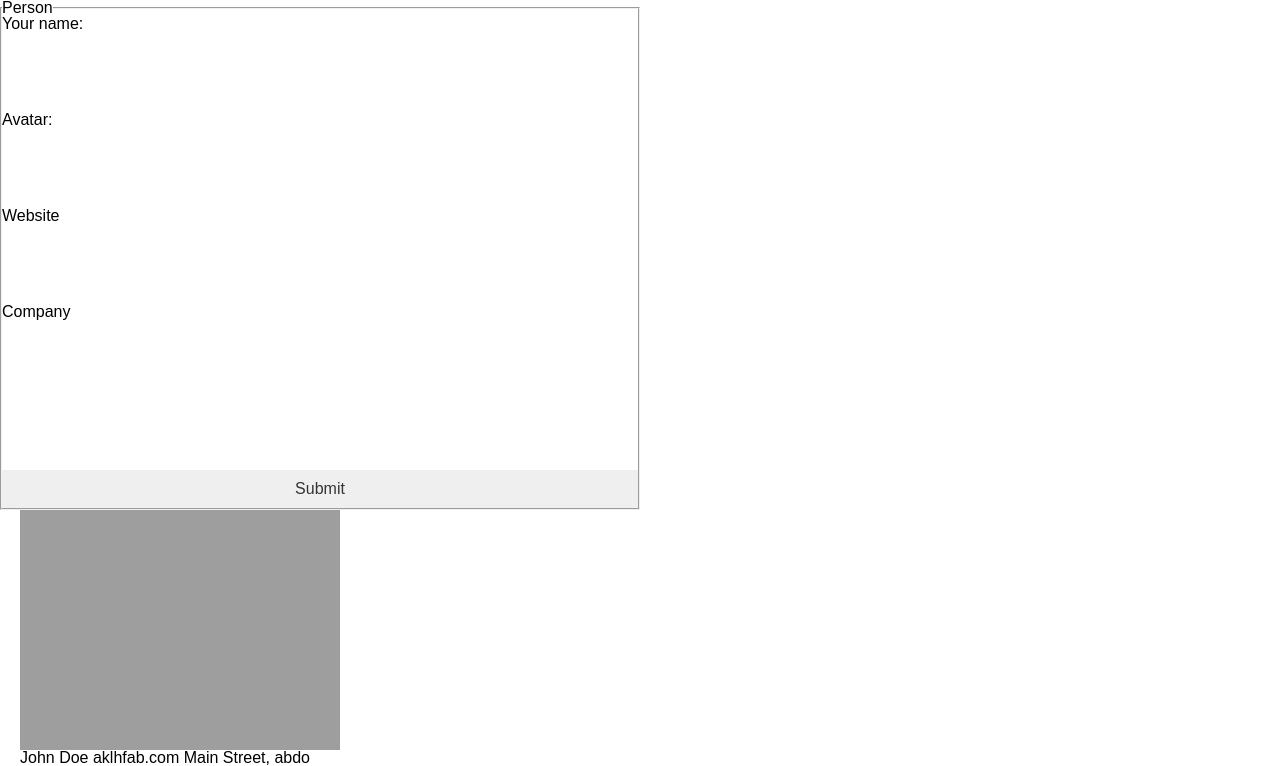
Repository: nttthao9/management
Page: index.html
These files come from the project's save history. The page is drawn as it stood at one moment and after the next save; the edit follows.
The browser window is 1280 px wide. The pictures show the whole page.
Pictures or frames that could not be fetched are drawn as grey boxes.

Above is the page before, as saved 2021-10-13 09:34:01.

After the next save:
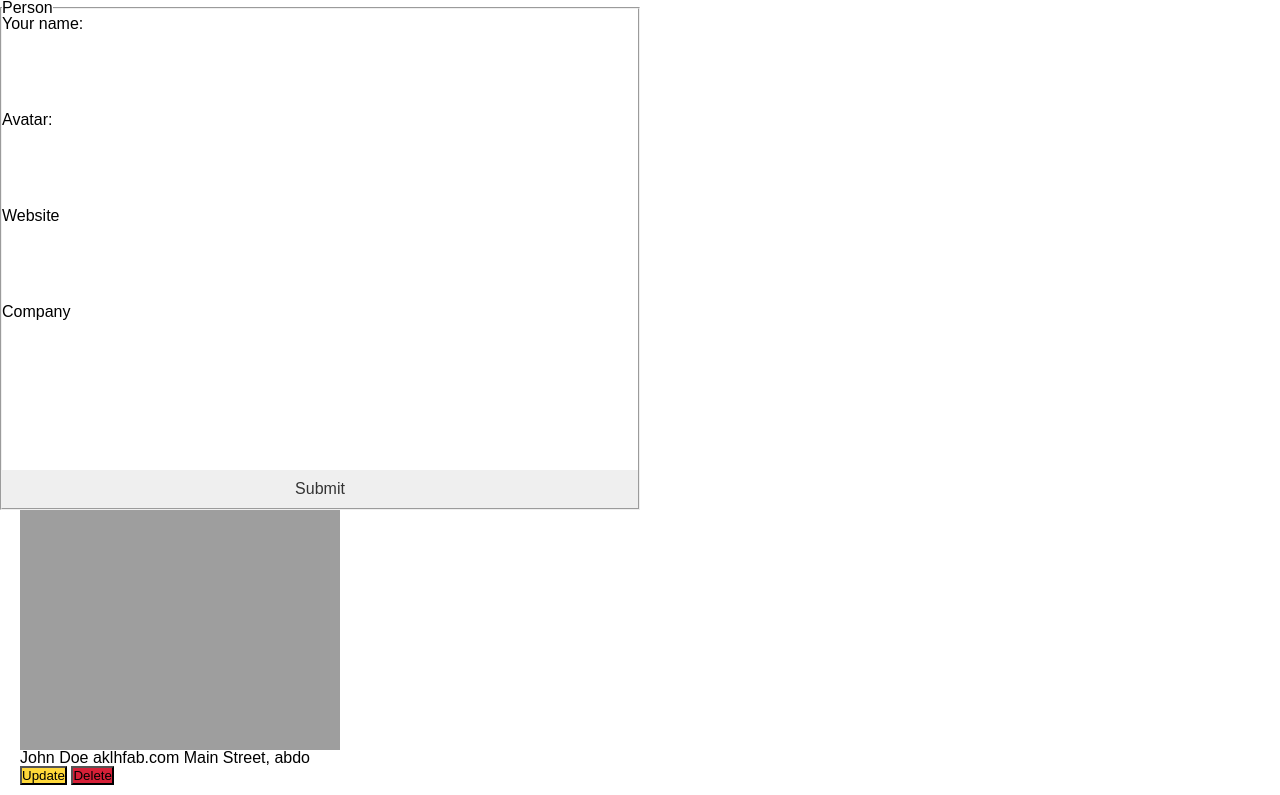
Saved 69 s later.
--- a/index.html
+++ b/index.html
@@ -31,6 +31,8 @@
       <span class="name">John Doe</span>
       <span class="name">aklhfab.com</span>
       <span class="name">Main Street, abdo</span>
+      <button type="submit" class="btn-update">Update</button>
+      <button type="submit" class="btn-delete">Delete</button>
     </div>
   </form>
   <script src="./main.js"></script>
